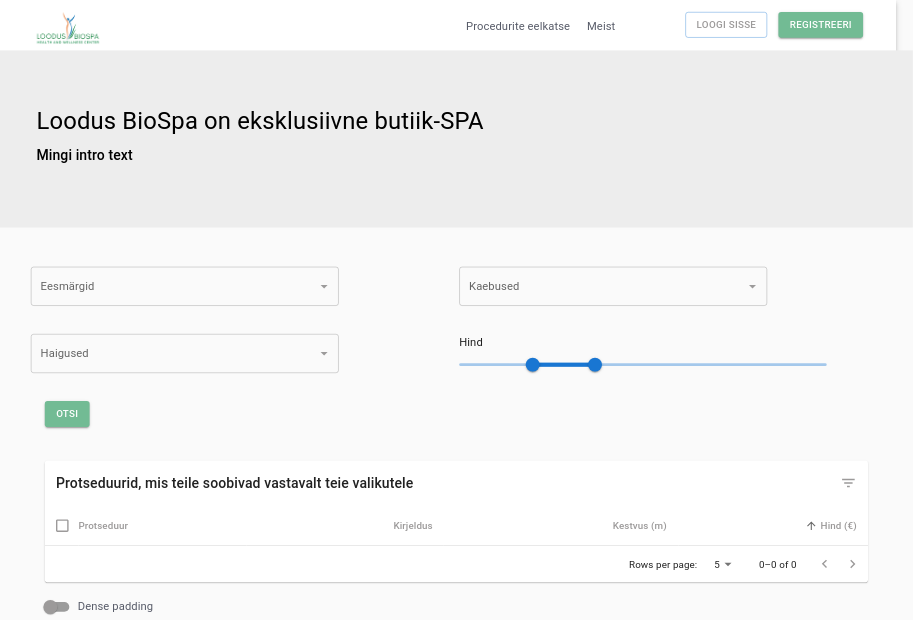
Repository: danieltrut/biospa
Page: / (app in frontend/)
The author's editor kept a copy of each file at every save. The page is drawn from the files as they stood at one save, then again after the next save.
The browser window is 1280 px wide. The page is 1304 px wide, so the pictures cover 1304 px, including what lies to the right of the window. The pictures show the whole page, at 70% of full size.
The page's requests for data from a server got no answer. The project was rebuilt for these pictures with package versions that can differ from the ones it lists, and the page was loaded fresh each time. No one was signed in, and anything a server would have sent is missing. Also part of the build but not shown: frontend/src/Components/Header/Drawer.js, frontend/src/Pages/About.js.

Above is the page before, as saved 2022-04-19 13:16:02.

### frontend/public/index.html
<!DOCTYPE html>
<html lang="en">
  <head>
    <meta charset="utf-8" />
    <link rel="icon" href="%PUBLIC_URL%/favicon.ico" />
    <meta name="viewport" content="width=device-width, initial-scale=1" />
    <meta name="theme-color" content="#000000" />
    <meta
      name="description"
      content="Web site created using create-react-app"
    />
    <link rel="apple-touch-icon" href="%PUBLIC_URL%/logo192.png" />
    <!--
      manifest.json provides metadata used when your web app is installed on a
      user's mobile device or desktop. See https://developers.google.com/web/fundamentals/web-app-manifest/
    -->
    <link rel="manifest" href="%PUBLIC_URL%/manifest.json" />
    <!--
      Notice the use of %PUBLIC_URL% in the tags above.
      It will be replaced with the URL of the `public` folder during the build.
      Only files inside the `public` folder can be referenced from the HTML.

      Unlike "/favicon.ico" or "favicon.ico", "%PUBLIC_URL%/favicon.ico" will
      work correctly both with client-side routing and a non-root public URL.
      Learn how to configure a non-root public URL by running `npm run build`.
    -->
    <title>BioSpa tests</title>
  </head>
  <body>
    <noscript>You need to enable JavaScript to run this app.</noscript>
    <div id="root"></div>
    <!--
      This HTML file is a template.
      If you open it directly in the browser, you will see an empty page.

      You can add webfonts, meta tags, or analytics to this file.
      The build step will place the bundled scripts into the <body> tag.

      To begin the development, run `npm start` or `yarn start`.
      To create a production bundle, use `npm run build` or `yarn build`.
    -->
  </body>
</html>

### frontend/src/index.js
import React from "react";
import ReactDOM from "react-dom";
import "./index.css";
import App from "./App";
import reportWebVitals from "./reportWebVitals";
import { createTheme, ThemeProvider } from "@material-ui/core";

const theme = createTheme({
  palette: {
    primary: {
      light: "#b1dec6",
      main: "#72bb94",
      dark: "#468a66",
      contrastText: "#fff",
    },
    secondary: {
      main: "#585c69",
    },
  },

  typography: {
    subtitle1: {
      fontSize: 16,
    },
    body1: {
      fontWeight: 500,
    },
  },
});

ReactDOM.render(
  <React.StrictMode>
    <ThemeProvider theme={theme}>
      <App />
    </ThemeProvider>
  </React.StrictMode>,
  document.getElementById("root")
);

// If you want to start measuring performance in your app, pass a function
// to log results (for example: reportWebVitals(console.log))
// or send to an analytics endpoint. Learn more: https://bit.ly/CRA-vitals
reportWebVitals();

### frontend/src/index.css
body {
  margin: 0;
  font-family: -apple-system, BlinkMacSystemFont, "Segoe UI", "Roboto", "Oxygen",
    "Ubuntu", "Cantarell", "Fira Sans", "Droid Sans", "Helvetica Neue",
    sans-serif;
  -webkit-font-smoothing: antialiased;
  -moz-osx-font-smoothing: grayscale;
}

code {
  font-family: source-code-pro, Menlo, Monaco, Consolas, "Courier New",
    monospace;
}

/* ------------ Page header ------------*/
.css-10mzr36-MuiGrid-root {
  margin-left: 0 !important;
  color: #585c69;
}

/*V----------- Header burger color ------------------ */

.MuiButtonBase-root {
  color: #9c9a9a !important;
}

.MuiButton-containedPrimary {
  background-color: #72bb94 !important;
  color: #fff !important;
}

/*======== Space in Header ================= */
.MuiToolbar-root {
  display: flex;
  position: relative;
  align-items: center;
  justify-content: space-between;
}

.makeStyles-logolinks-41 {
  display: flex;
  justify-content: flex-start;
}

/*V----------- DROPDOWN MENU ------------------ */

#demo-multiple-checkbox-label {
  color: #72bb94 !important;
}

@media only screen and (min-device-width: 320px) and (max-device-width: 480px) and (-webkit-min-device-pixel-ratio: 2) {
}

.MuiFormControl-root {
  width: 88% !important;
  margin-left: 2em !important;
}

/* ----------- Small dropdown name on top @paddings@ ------------------ */
.css-1z7n62 {
  font-size: 1.05em !important;
}

/* ----------- Dropdown gray border ------------------ */

.css-9ddj71-MuiInputBase-root-MuiOutlinedInput-root {
  border-radius: 1px !important;
  height: 45px;
}
/* ----------- On focus dropdow border color ------------------ */

.css-9ddj71-MuiInputBase-root-MuiOutlinedInput-root.Mui-focused
  .MuiOutlinedInput-notchedOutline {
  border-color: #72bb94 !important;
}

/*----------- DROPDOWN part ------------------ */
.MuiList-root
  MuiList-padding
  MuiMenu-list
  css-6hp17o-MuiList-root-MuiMenu-list {
  width: 88% !important;
  margin-left: 3em !important;
}

.css-kk1bwy-MuiButtonBase-root-MuiMenuItem-root.Mui-selected {
  background-color: #e4f0e9 !important;
}

.css-12wnr2w-MuiButtonBase-root-MuiCheckbox-root.Mui-checked,
.css-12wnr2w-MuiButtonBase-root-MuiCheckbox-root.MuiCheckbox-indeterminate {
  color: #72bb94 !important;
}

.css-zow5z4-MuiGrid-root > .MuiGrid-item {
  padding-left: 24px;
  margin-top: 3em !important;
}

.text {
  color: "#303133" !important;
}

/* ---------- Slider width ------------------------*/
.css-1v5z18m {
  width: 41vw !important;
  margin-left: 2em !important;
  margin-right: 2em !important;
}

.css-187mznn-MuiSlider-root {
  color: #72bb94 !important;
}
/* ------------- slider color -------------------- */
.css-eg0mwd-MuiSlider-thumb:hover,
.css-eg0mwd-MuiSlider-thumb.Mui-focusVisible {
  box-shadow: 0px 0px 0px 8px rgba(55, 151, 114, 0.16);
}

### frontend/src/App.js
import React from "react";

import { BrowserRouter, Routes, Route } from "react-router-dom";

import Navbar from "./Components/Header/Navbar";

import { Procedures } from "./Pages/Procedures";
import { About } from "./Pages/About";

// Global Colors

function App() {
  return (
    <>
      <BrowserRouter>
        <Navbar />
        <Routes>
          <Route path="/" element={<Procedures />} />
          <Route path="about" element={<About />}></Route>
        </Routes>
      </BrowserRouter>
    </>
  );
}

export default App;

### frontend/src/Components/Header/Navbar.js
import React from "react";
//import  { useState, useEffect } from "react";
import {
  AppBar,
  Toolbar,
  CssBaseline,
  useTheme,
  useMediaQuery,
} from "@material-ui/core";
import { Link } from "react-router-dom";
import Button from "@mui/material/Button";
import Stack from "@mui/material/Stack";
import DrawerComponent from "./Drawer";
import logo from "../../Images/Loodus-BioSpa-Logo-300.png"; //
import "../../index.css";
import useStyles from "./styles";
// import axios from "axios";

function Navbar() {
  const classes = useStyles();
  const theme = useTheme();
  const isMobile = useMediaQuery(theme.breakpoints.down("md"));

  // const [Choices, setChoices] = useState("dis_title_et");

  // const loadChoices = async () => {
  //   const response = await axios.get("http://localhost:4000/diseases/");
  //   setChoices
  // };

  // useEffect(() => {
  //   loadData();
  // }, [Choices]);

  return (
    <AppBar className={classes.navbar} position="static">
      <div className={classes.containerTt}>
      <CssBaseline />
      <Toolbar className={classes.section}>
        <Link className={classes.logo} to="/">
          <img
            width="100px"
            height="auto"
            className="img-responsive"
            src={logo}
            alt="logo"
          />
        </Link>
        <div className={classes.logolinks}>
          {isMobile ? (
            <DrawerComponent />
          ) : (
            <div className={classes.navlinks}>
              <Link to="/" className={classes.link}>
                Procedurite eelkatse
              </Link>
              <Link to="/about" className={classes.link}>
                Meist
              </Link>
              <div className={classes.languages}>
                {/* <Link
                  onClick={() => setLangChoices("dis_title_et")}
                  to="/estonian"
                  className={classes.link}
                >
                  ET
                </Link>
                <Link
                  onClick={() => setLangChoices("dis_title_et")}
                  className={classes.link}
                >
                  RU
                </Link>
                <Link
                  onClick={() => setLangChoices("dis_title_et")}
                  className={classes.link}
                >
                  EN
                </Link> */}
              </div>

              <Stack direction="row" spacing={2}>
                <Button variant="outlined">Loogi Sisse</Button>

                <Button
                  className={classes.button}
                  variant="contained"
                  href="#contained-buttons"
                >
                  Registreeri
                </Button>
              </Stack>
            </div>
          )}
        </div>
      </Toolbar>
      </div>
    </AppBar>
  );
}
export default Navbar;

### frontend/src/Pages/Procedures.js
import React, { useState } from "react";
import Grid from "@mui/material/Grid";
// import { useState, useEffect } from "react";

import DropTargets from "../Components/Procedures/DropTargets";
import DropSymptoms from "../Components/Procedures/DropSymptoms";

import Slider from "../Components/Procedures/Slider";

import Typography from "@mui/material/Typography";

import ProceduresList from "../Components/Procedures/ProceduresList";
import DropDiseases from "../Components/Procedures/DropDiseases";

// import axios from "axios";

const classes = {
  root: {
    /* marginLeft: "2rem",
    marginRight: "2rem", */
  },
  intro: {
    backgroundColor: "#EDEDED",
    color: "#000000",
    paddingTop: "5rem",
    paddingBottom: "5rem",
    paddingLeft: "2rem",
    paddingRight: "2rem",
    margin: "auto",
  },
  sec: {
    margin: "auto",
    maxWidth: "1200px",
  },
  secTwo: {
    margin: "auto",
    maxWidth: "1200px",
    marginTop: "5rem",
    marginLeft: "-19px !important",
  },
  container: {
    width: "100%",
    display: "flex",
  },
  containerSecond: {
    width: "100%",
    display: "flex",
    marginTop: "4rem",
  },
  containerThird: {
    width: "100%",
    display: "flex",
    marginLeft: "-19px !important",
  },
  filter: {
    width: "100%",
    justifyContent: "right",
  },
  paper: {
    padding: 20,
    textAlign: "center",
    color: "blue",
    fontFamily: "Roboto",
    marginTop: "10rem",
  },
};

/**Drop Down elements in two colomns and two rows */

export const Procedures = () => {
  const [diseases, setDiseases] = useState([]);
  const [diseasesValue, setDiseasesValue] = useState([]); // Responsible for catching chousen ID in dropdown
  const [targets, setTargets] = useState([]);
  const [targetsValue, setTargetsValue] = useState([]); // Responsible for catching chousen ID in dropdown
  const [symptoms, setSymptoms] = useState([]);
  const [symptomsValue, setSymptomsValue] = useState([]); // Responsible for catching chousen ID in dropdown

  // One variable for all useStates for passing
  const obj = {
    targets,
    setTargets,
    targetsValue,
    setTargetsValue,
    diseases,
    setDiseases,
    diseasesValue,
    setDiseasesValue,
    symptoms,
    setSymptoms,
    symptomsValue,
    setSymptomsValue,
  };

  return (
    <div style={classes.root}>
      <Grid container rowSpacing={1} columnSpacing={{ xs: 1, sm: 2, md: 3 }}>
        <Grid item xs={12} style={classes.intro}>
          {/* HEADER */}
          <div style={classes.sec}>
            <Typography variant="h4" component="div" gutterBottom>
              Loodus BioSpa on eksklusiivne butiik-SPA
            </Typography>
            {/* INTRO TEXT */}
            <Typography variant="h6" component="div" gutterBottom>
              Mingi intro text
            </Typography>
          </div>
        </Grid>
      </Grid>
      <div style={classes.secTwo}>
        <Grid container spacing={3}>
          {/*This item will be 12 units on extra small screens */}
          {/*But will be 6 units on small screens */}
          <div style={classes.container}>
            <Grid item xs={12} sm={6}>
              <DropTargets {...obj} />
            </Grid>
            <Grid item xs={12} sm={6}>
              <DropSymptoms {...obj} />
            </Grid>
          </div>
        </Grid>

        <Grid container spacing={3}>
          {/*This item will be 12 units on extra small screens */}
          {/*But will be 6 units on small screens */}
          <div style={classes.containerSecond}>
            <Grid item xs={12} sm={6}>
              <DropDiseases
                {...obj} ///////////////////////////// All states and setStates are in one variable
              />
            </Grid>
            <Grid item xs={12} sm={6}>
              <Slider />
            </Grid>
          </div>
        </Grid>
      </div>
      <div style={classes.secTwo}>
        <Grid
          style={classes.containerThird}
          container
          rowSpacing={1}
          columnSpacing={{ xs: 1, sm: 2, md: 3 }}
        >
          <Grid item xs={12}>
            <ProceduresList {...obj} />
          </Grid>
        </Grid>
      </div>
    </div>
  );
};

### frontend/src/Components/Header/styles.js
import { makeStyles } from "@material-ui/core/styles";

export default makeStyles((theme) => ({
  navbar: {
    backgroundColor: "#fff",
    height: 80,
    paddingLeft: "2rem",
    paddingRight: "2rem",
    display: 'flex',
    justifyContent: "space-between",
    margin: "auto",
    alignContent: "center",
    alignItems: "center"
  },

  logo: {
    cursor: "pointer",
    marginTop: 15,
    marginRight: 40,
  },

  containerTt: {
   maxWidth: "1200px",
   width: "100%"
  },

  section: {
    marginLeft: "-17px"
  },

  logolinks: {
    display: "flex",
    justifyContent: "flex-end",
    width: "100vw",
    marginRight: "-17px"
  },

  navlinks: {
    display: "flex",
    justifyContent: "space-between",
  },

  link: {
    textDecoration: "none",
    color: "#585c69",
    fontSize: "16px",
    marginLeft: theme.spacing(3),
    marginTop: "10px"
  },

  "&:hover": {
    color: "#72bb94",
    borderBottom: "1px solid white",
  },

  loginout: {
    color: "#72bb94 !important",
  },

  button: {
    backgroundColor: "#72bb94 !important",
  },
  languages: {
    marginLeft: 50,
    marginRight: 50,
  },
}));

### frontend/src/Components/Procedures/DropSymptoms.js
import React, { useEffect } from "react";
import axios from "axios";

import TextField from "@mui/material/TextField";
import Autocomplete from "@mui/material/Autocomplete";

import Checkbox from "@mui/material/Checkbox";
import CheckBoxOutlineBlankIcon from "@mui/icons-material/CheckBoxOutlineBlank";
import CheckBoxIcon from "@mui/icons-material/CheckBox";

// For fetching data
import Grid from "@mui/material/Grid";

const icon = <CheckBoxOutlineBlankIcon fontSize="small" />;
const checkedIcon = <CheckBoxIcon fontSize="small" />;

//////////////////////////////////////////////////////////////////////////////

//  TODO Extract list of diseases from db into dropdown list
function DropSymptoms(props) {
  const { symptoms, setSymptoms, symptomsValue, setSymptomsValue } = props;

  // Fetch Diseases in dropdown on Page load
  useEffect(() => {
    const loadData = async () => {
      const response = await axios.get("http://localhost:4000/symptoms/all/et");
      setSymptoms(response.data);
    };
    loadData();
  }, [setSymptoms]);

  function handleSelectChange(event, newValues) {
    setSymptomsValue(newValues.map((symptom) => symptom.symp_id));
    console.log(symptomsValue);
  }

  return (
    <Grid container spacing={5}>
      <Grid item xs={6}>
        {/* -------------------------------------------------------------------------------------------------- */}
        {/* Dropdown element */}
        <Autocomplete
          onChange={handleSelectChange}
          multiple={true}
          id="valueId"
          options={symptoms}
          disableCloseOnSelect
          getOptionLabel={(option) => `${option.symp_title_et}`}
          // onChange={handleChange}
          renderOption={(props, option, { setSymptomsValue }) => (
            <li {...props}>
              <Checkbox
                icon={icon}
                checkedIcon={checkedIcon}
                style={{ marginRight: 8 }}
                checked={setSymptomsValue}
              />
              {[option.symp_title_et]}
            </li>
          )}
          style={{ width: 500 }}
          renderInput={(params) => (
            <TextField
              {...params}
              label="Kaebused"
              placeholder="Vali kaebused"
            />
          )}
        />
      </Grid>

      {/* -------------------------------------------------------------------------------------------------- */}
      {/* Fetching Procedures data from DataBase */}
    </Grid>
  );
}
export default DropSymptoms;

### frontend/src/Components/Procedures/Slider.js
import * as React from "react";
import Box from "@mui/material/Box";
import Slider from "@mui/material/Slider";
import Typography from "@mui/material/Typography";

function valuetext(value) {
  return `${value}°C`;
}

export default function RangeSlider() {
  const [value, setValue] = React.useState([20, 37]);

  const handleChange = (event, newValue) => {
    setValue(newValue);
  };

  return (
    <Box sx={{ width: 300 }}>
      <Typography id="input-slider" gutterBottom>
        Hind
      </Typography>
      <Slider
        getAriaLabel={() => "Temperature range"}
        value={value}
        onChange={handleChange}
        valueLabelDisplay="auto"
        getAriaValueText={valuetext}
      />
    </Box>
  );
}

### frontend/src/Components/Procedures/DropDiseases.js
import React, { useEffect } from "react";
import axios from "axios";

import TextField from "@mui/material/TextField";
import Autocomplete from "@mui/material/Autocomplete";

import Checkbox from "@mui/material/Checkbox";
import CheckBoxOutlineBlankIcon from "@mui/icons-material/CheckBoxOutlineBlank";
import CheckBoxIcon from "@mui/icons-material/CheckBox";

// For fetching data
import Grid from "@mui/material/Grid";

const icon = <CheckBoxOutlineBlankIcon fontSize="small" />;
const checkedIcon = <CheckBoxIcon fontSize="small" />;

//////////////////////////////////////////////////////////////////////////////

//  TODO Extract list of diseases from db into dropdown list
function DropDiseases(props) {
  const { diseases, setDiseases, diseasesValue, setDiseasesValue } = props;

  // Fetch Diseases in dropdown on Page load
  useEffect(() => {
    const loadData = async () => {
      const response = await axios.get("http://localhost:4000/diseases/all/et");
      setDiseases(response.data);
    };
    loadData();
  }, [setDiseases]);

  function handleSelectChange(event, newValues) {
    setDiseasesValue(newValues.map((disease) => disease.dis_id));
    console.log(diseasesValue);
  }

  // function handleSelectChange(event, id) {
  //   let newArray = diseasesValue.selected;
  //   newArray = newArray.push(diseasesValue.id);
  //   console.log(id);
  //   console.log(diseasesValue.selected);

  //   setDiseasesValue({ selected: newArray });
  // }

  //////////////////////////////////////////////////////////////////////////////

  return (
    <Grid container spacing={5}>
      <Grid item xs={6}>
        {/* -------------------------------------------------------------------------------------------------- */}
        {/* Dropdown element */}
        <Autocomplete
          onChange={handleSelectChange}
          multiple={true}
          id="valueId"
          options={diseases}
          disableCloseOnSelect
          getOptionLabel={(option) => `${option.dis_title_et}`}
          // onChange={handleChange}
          renderOption={(props, option, { setDiseasesValue }) => (
            <li {...props}>
              <Checkbox
                icon={icon}
                checkedIcon={checkedIcon}
                style={{ marginRight: 8 }}
                checked={setDiseasesValue}
              />
              {[option.dis_title_et]}
            </li>
          )}
          style={{ width: 500 }}
          renderInput={(params) => (
            <TextField
              {...params}
              label="Haigused"
              placeholder="Vali haigused"
            />
          )}
        />
      </Grid>

      {/* -------------------------------------------------------------------------------------------------- */}
      {/* Fetching Procedures data from DataBase */}
    </Grid>
  );
}
export default DropDiseases;

### frontend/src/Components/Procedures/GenericBtn.js
import React from "react";
import axios from "axios";
import Button from "@mui/material/Button";

const classes = {
  extractData: {
    marginTop: "0px",
  },
  icon: {
    color: "white",
  },
  searchBtn: {
    marginTop: "-3rem",
    marginBottom: "3rem",
  },
};

const GenericBtn = (props) => {
  const { targetsValue, diseasesValue, symptomsValue, setProcedures } = props;

  // Method fetches Procedures depending on diseases
  const loadProceduresDiseases = async () => {
    const idsQuery = diseasesValue
      .map((n, index) => `id[${index}]=${n}`)
      .join("&");
    const response = await axios.get(
      `http://localhost:4000/procedures/procedures_diseases?${idsQuery}`
    );
    setProcedures(response.data);
  };

  // Method fetches Procedures depending on diseases
  const loadProceduresTargets = async () => {
    const idsQuery = targetsValue
      .map((n, index) => `id[${index}]=${n}`)
      .join("&");
    const response = await axios.get(
      `http://localhost:4000/procedures/procedures_targets?${idsQuery}`
    );
    setProcedures(response.data);
  };

  const loadProceduresSymptoms = async () => {
    const idsQuery = symptomsValue
      .map((n, index) => `id[${index}]=${n}`)
      .join("&");
    const response = await axios.get(
      `http://localhost:4000/procedures/procedures_symptoms?${idsQuery}`
    );
    setProcedures(response.data);
  };

  return (
    <Button
      style={classes.searchBtn}
      spacing={5}
      onClick={() => {
        loadProceduresDiseases(diseasesValue.id);
        loadProceduresTargets(targetsValue.id);
        loadProceduresSymptoms(symptomsValue.id);
      }}
      variant="contained"
    >
      Otsi
    </Button>
  );

  /* return (
    <Button
      style={classes.searchBtn}
      spacing={5}
      onClick={() => {
        loadProceduresTargets(targetsValue.id);
        // loadProceduresTargets();
      }}
      variant="contained"
    >
      Otsi
    </Button>
  ); */
};

export default GenericBtn;

Loaded but not shown: frontend/src/reportWebVitals.js (common file); frontend/src/Components/Procedures/ProceduresList.js (405 lines, source omitted); frontend/src/Components/Procedures/DropTargets.js (151 lines, source omitted)

After the next save:
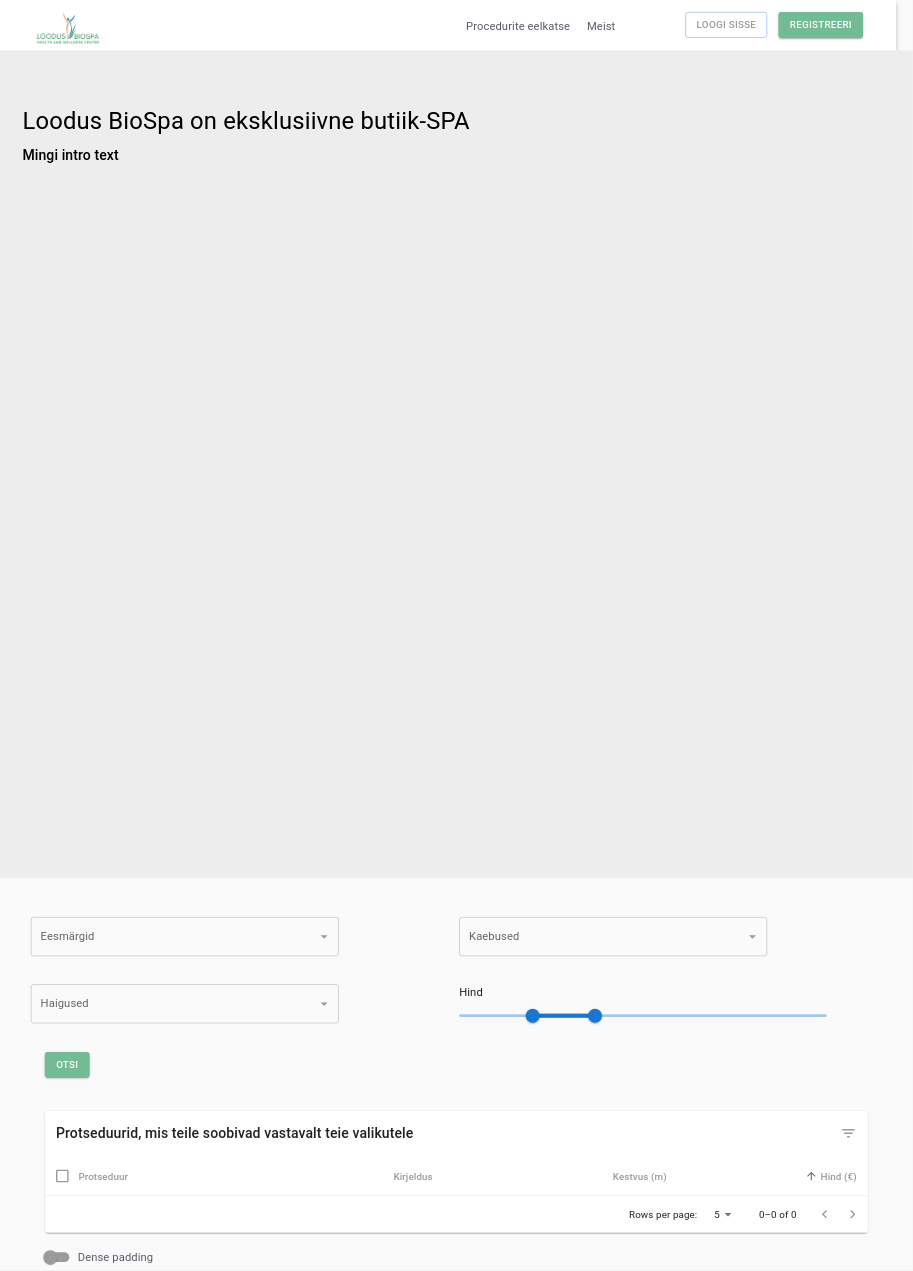
Saved 10 min 49 s later.
--- a/frontend/src/Pages/Procedures.js
+++ b/frontend/src/Pages/Procedures.js
@@ -96,7 +96,7 @@
       <Grid container rowSpacing={1} columnSpacing={{ xs: 1, sm: 2, md: 3 }}>
         <Grid item xs={12} style={classes.intro}>
           {/* HEADER */}
-          <div style={classes.sec}>
+          <div style={{ height: 1022 }}>
             <Typography variant="h4" component="div" gutterBottom>
               Loodus BioSpa on eksklusiivne butiik-SPA
             </Typography>
